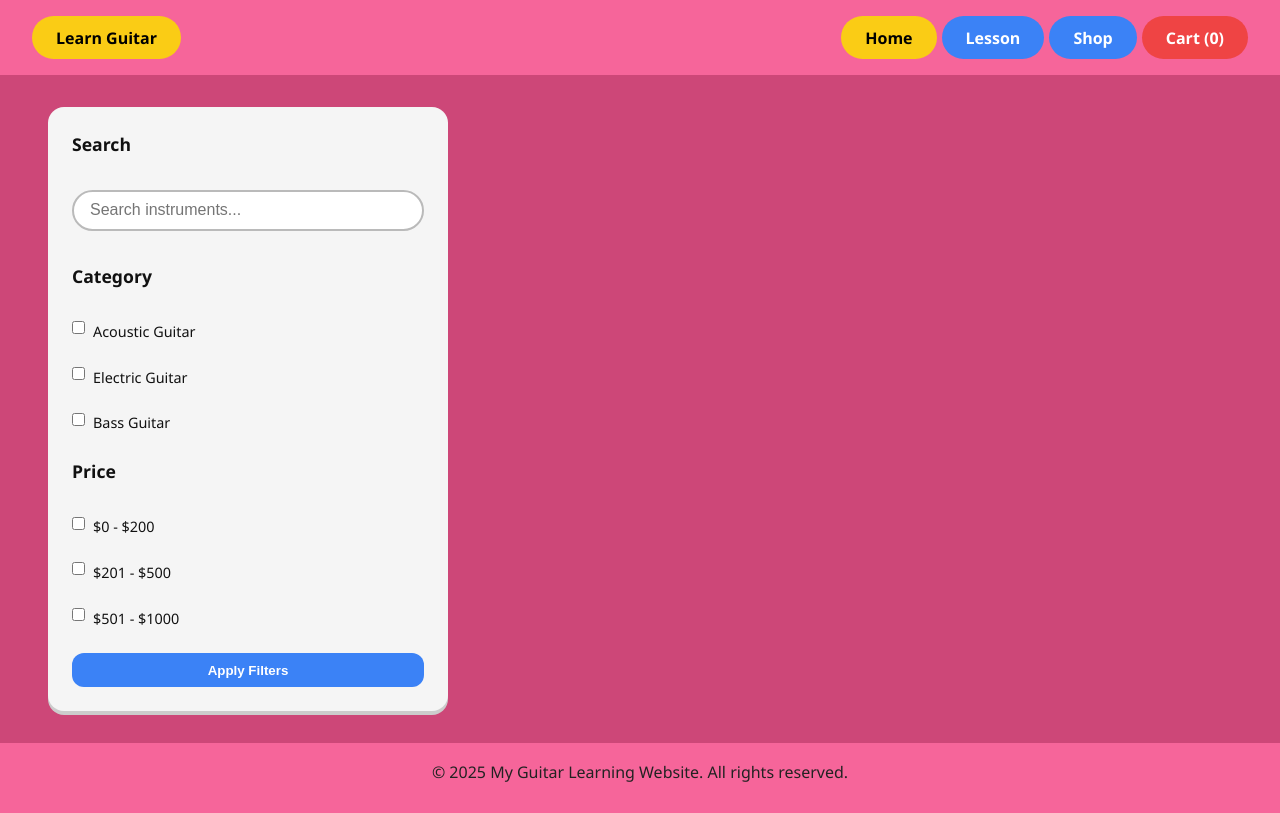
Repository: rywkoo/LearnGuitar
Page: templates/shop.html
These files come from the project's save history. The page is drawn as it stood at one moment and after the next save; the edit follows.
The browser window is 1280 px wide. The pictures show the whole page.
The page is served by the project's application, run on Flask 3 (app.py). The template is opened directly, without the code that normally fills it, so the values that code supplies are empty.

Above is the page before, as saved 2025-08-25 21:14:28.

After the next save:
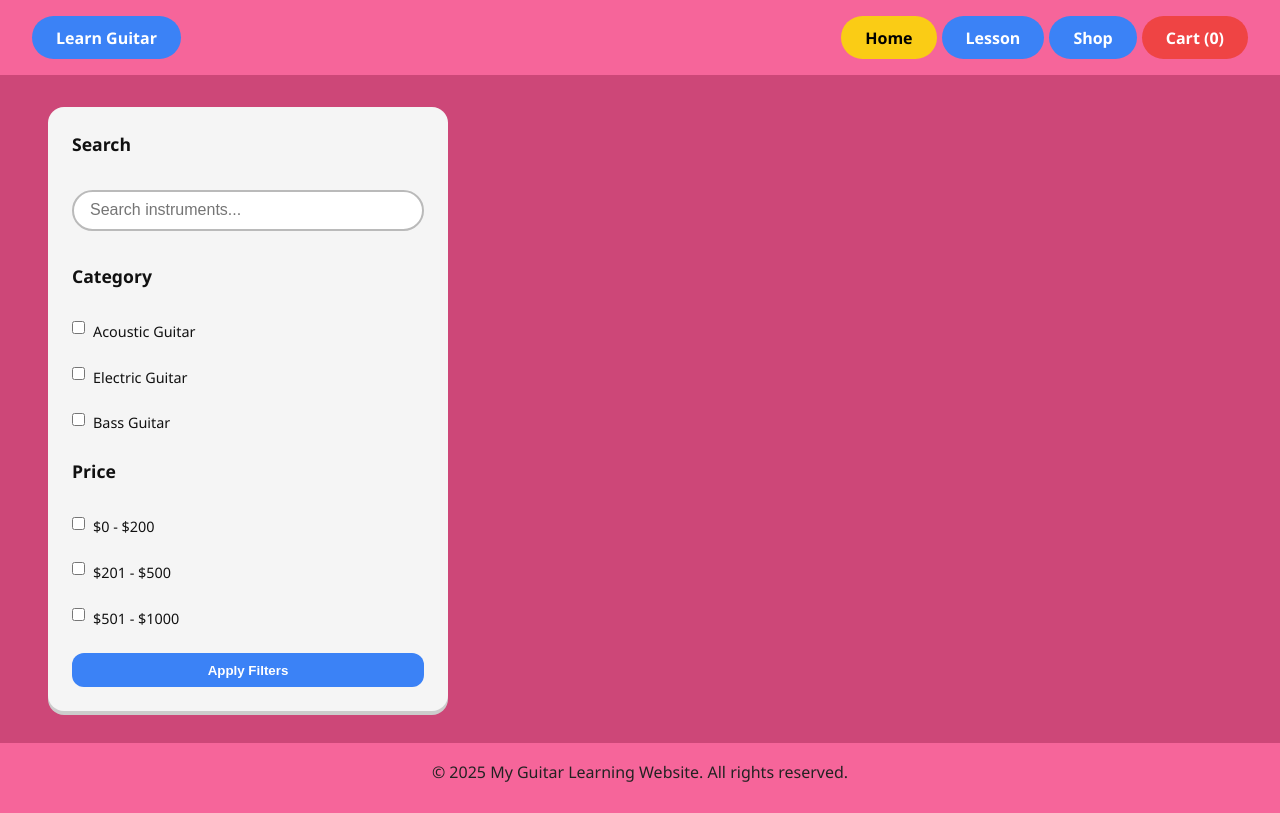
Saved 22 s later.
--- a/templates/master.html
+++ b/templates/master.html
@@ -9,7 +9,7 @@
 <div id="app">
   <!-- ===== Navbar ===== -->
   <nav class="navbar" style="padding: 1rem 2rem; display: flex; justify-content: space-between; align-items: center; background: #f6659a;">
-    <div class="btn btn-primary btn-lg">Learn Guitar</div>
+    <div class="btn btn-secondary btn-lg">Learn Guitar</div>
     <div class="nav-links" style="display: flex; gap:5px;">
       <a class="btn btn-primary" href="{{ url_for('home') }}">Home</a>
       <a class="btn btn-secondary" href="{{ url_for('lesson') }}">Lesson</a>
